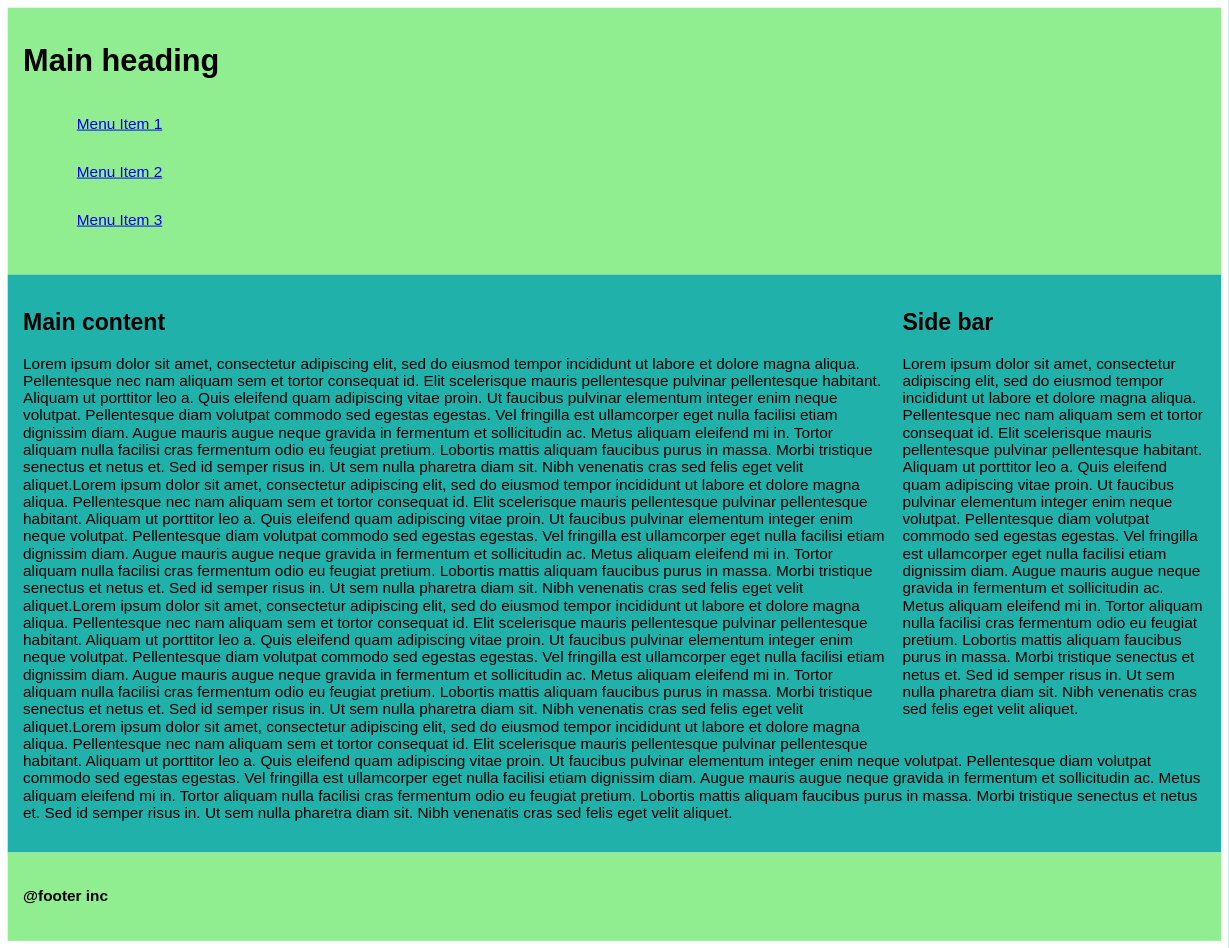
Repository: lasity34/first_layout
Page: index.html
An editor plug-in stored every save of this project. The page is shown before and after the next save, followed by the edit.
The browser window is 1280 px wide. The pictures show the whole page, at 96% of full size.

Above is the page before, as saved 2023-03-06 11:11:17.

After the next save:
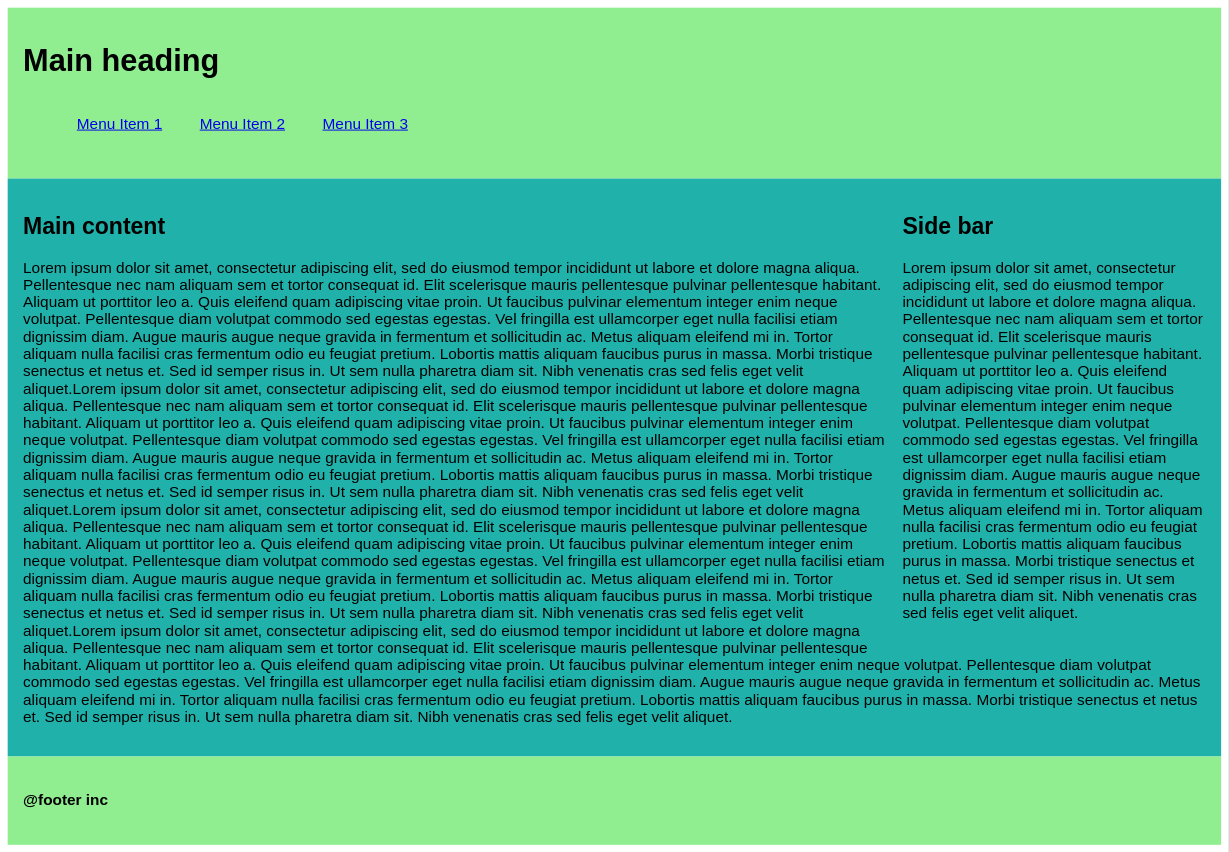
Saved 44 s later.
--- a/index.html
+++ b/index.html
@@ -59,6 +59,10 @@
             .side-bar {
                 float: right;
                 width: 25%;
+            }
+
+            .menu {
+                display: flex;
             }
         }
     </style>
